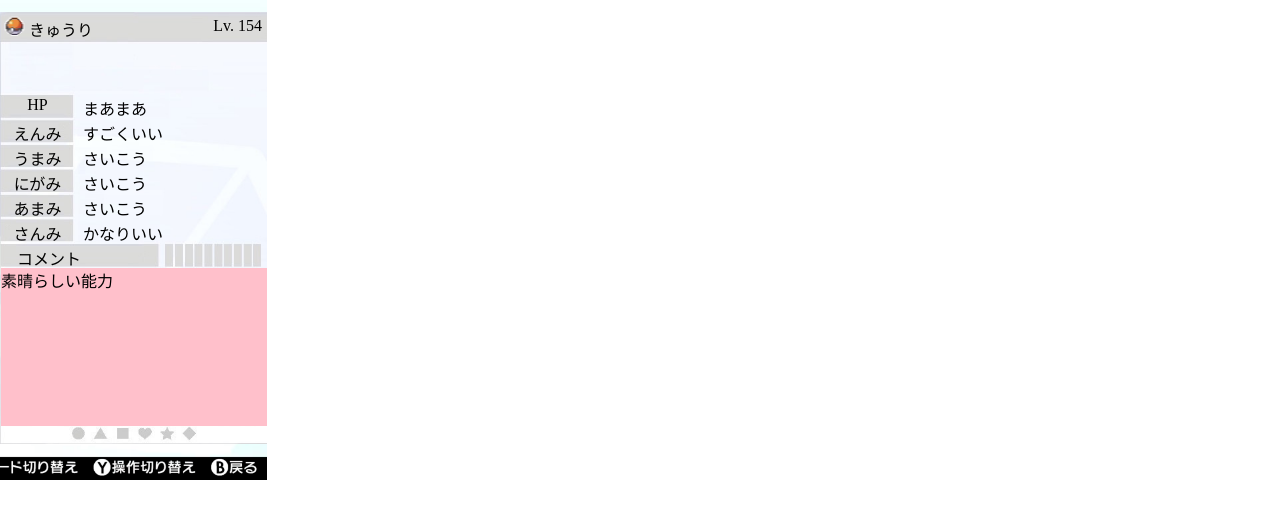
Repository: Hikaru-Ichikawa/POKEMON-FOOD
Page: info-foods/detail-framework.html
The author's editor kept a record of every edit. The page is drawn from the files as they stood at one moment, then again after the next edit.
The browser window is 1280 px wide. The pictures show the whole page.

Above is the page before.

### info-foods/detail-framework.html
<!DOCTYPE html>
<html lang="en">
<head>
    <meta charset="UTF-8">
    <meta name="viewport" content="width=device-width, initial-scale=1.0">
    <meta http-equiv="X-UA-Compatible" content="ie=edge">
    <title>Document</title>
    <link rel='stylesheet' href='../stylesheet.css'>
</head>
<body>
    <div id='detail'>
        <div id='detail-box'>
            <div id='character'>
                <div id='character-name-image'>
                </div>
                <div id='character-name'>
                    きゅうり
                </div>
                <div id='character-lv'>
                    154
                </div>

            </div>
            <div id='detail-contents'>
                <div id='properties'>
                    <div class='property'>
                        <div class='property-title'>
                            HP
                        </div>
                        <div class='property-score'>
                            まあまあ
                        </div>
                    </div>

                    <div class='property'>
                        <div class='property-title'>
                            えんみ
                        </div>
                        <div class='property-score'>
                            すごくいい
                        </div>
                    </div>

                    <div class='property'>
                        <div class='property-title'>
                            うまみ
                        </div>
                        <div class='property-score'>
                            さいこう
                        </div>
                    </div>

                    <div class='property'>
                        <div class='property-title'>
                            にがみ
                        </div>
                        <div class='property-score'>
                            さいこう
                        </div>
                    </div>

                    <div class='property'>
                        <div class='property-title'>
                            あまみ
                        </div>
                        <div class='property-score'>
                            さいこう
                        </div>
                    </div>

                    <div class='property'>
                        <div class='property-title'>
                            さんみ
                        </div>
                        <div class='property-score'>
                            かなりいい
                        </div>
                    </div>
                </div>
                <div class='detail-coment'>
                    <div class='coment-title'>
                        　コメント
                    </div>
                    <div class='coment-article'>
                        素晴らしい能力
                    </div>
                    <div class='coment-marker'>

                    </div>
                </div>
            </div>
        </div>
    </div>

</body>
</html>

### stylesheet.css
body{
    margin:0;
}

/*---------------select.html---------------*/

#select{
    width:600px;
    height:480px;
    background-image:url(pokemon-images/background-select.png);
    background-size:867px 480px;
    background-clip:border-box;
}

/*-------------head-----------------*/

#head1{
    position:absolute;
    display:flex;
    width:213px;
    height:28px;
    left:10px;
    background-color:red;
}

#head2{
    position:absolute;
    display:flex;
    width:213px;
    height:28px;
    left:298px;
    background-color:green;
}


.button-small img{
    box-sizing:border-box;
    margin:0;
    width:28px;
    height:28px;
}

.button-midium img{
    box-sizing: border-box;
    margin:0;
    width:74px;
    height:28px;
}


.button-large img{
    box-sizing:border-box;
    margin:0;
    width:120px;
    height:28px;
}

/*-----------------side------------------*/

#side{
    position:absolute;
    display:flex;
    flex-direction:column;
    width:170px;
    height:400px;
    left:22px;
    top:45px;
}

.side-title{
    margin-bottom: 7px;
    width:170px;
    height:31px;
    background-color:white;
    border-radius:15.5px;
    text-align:center;
    font-size:20px;

}

.side-contents{
    width:170px;
    height:53px;
    background-color:white;
    border-radius:27.5px;
    margin-top:7px;
    display:grid;
    grid-tenplate-rows:26.5px 26.5px;
    grid-tenplate-columns:53px 1fr;
    grid-template-areas:
    'image name'
    'image lv'
}

.side-contents-image{
    grid-area:image;
}

.side-contents-name{
    grid-area:name;

}

.side-contents-lv{
    grid-area:lv;
}

.side-contents-lv::before{
    content:'Lv.';
}

/*-----------main-------------*/

#main{
    position:absolute;
    width:362px;
    height:400px;
    left:219px;
    top:43px;

}

.main-title{
    margin:0 auto 11px 77px;
    width:230px;
    height:31px;
    border-radius:14px;
    background-color:none;

}

.main-title-left img{
    position:absolute;
    width:15px;
    height:15px;
    top:8px;
    left:78px;
}

.main-title-right img{
    position:absolute;
    width:15px;
    height:15px;
    top:8px;
    right:56px;
}

.main-title-center{
    position:absolute;
    width:150px;
    height:20px;
    top:5px;
    left:115px;
    font-size:18px;
    text-align:center;
    background-color:white;

}

.main-boxes{
    box-sizing:border-box;
    margin:0;
    width:362px;
    height:303px;
    display:grid;
    grid-template-columns:60px 60px 60px 60px 60px 60px;

}

.main-boxes-box{
    width:54px;
    height:54px;
    margin:3.5px;

}

.main-boex-box img{
    width:54px;
    height:54px;
}

.main-foot{
    width:327px;
    height:32px;
    margin:23px auto 0 auto;
}

#main-all-view{
    position:absolute;
    left:16px;
    width:158px;
    height:31px;
    background-color:white;
    border-radius:15px;
}

#main-search{
    position:absolute;
    right:16px;
    width:158px;
    height:31px;
    background-color:white;
    border-radius:15px;
}


#foot1{
    position: absolute;
    top:459px;
    width:100%;
    height:20px;
    background-color:black;
}

.foot-img{
    position:absolute;
    left:12px;
}

.foot-text{
    position:absolute;
    left:55px;
    bottom:4px;
}

/*---------------detail.html---------------*/
#detail{
    width:267px;
    height:480px;
    background-image:url(pokemon-images/background-detail.png);
    background-size:267px 480px;
    background-clip:border-box;
}


/*---------------detail-box-------------------*/
#detail-box{
    position:absolute;
    width:267px;
    height:432px;
    top:12px;
    background-image:url(pokemon-images/detail-box.jpeg);
    background-size:267px 432px;
}

/*---------------name---------------*/
#character{
    position:absolute;
    width:267px;
    height:29px;
    top:0;
}

#character-name-image{
    position:absolute;

}

#character-name{
    position: absolute;
    top:5px;
    left:29px;
}

#character-name-image::before{
    content:'';
    display:inline-block;
    width:29px;
    height:29px;
    background-image:url(pokemon-images/poke-ball.png);
    background-size:29px 29px;

}

#character-lv{
    position:absolute;
    top:5px;
    right:5px;
}

#character-lv::before{
    content:'Lv.'
}

/*---------------detail-contents--------------*/
#detail-contents{
    position:absolute;
    width:266px;
    height:404px;
    top:30px;
    left:1px;
}

/*--------------identity----------------*/
#identity .number{
    width:;
}

/*---------------properties-----------------------*/
#properties{
    position:absolute;
    width:266px;
    height:150px;
    top:54px;
}

.property{
    height:25px;
    width:266px;
}

.property-title{
    float:left;
    text-align:center;
    width:73px;
    height:22px;;
}

.property-score{
    float:left;
    width:193px;
    height:22px;
}

.property-score::before{
    content:'';
    display:inline-block;
    width:5px;
}

/*----------------coment------------------------*/

.detail-coment{
    position:absolute;
    bottom:0;
    width:266px;
    height:200px;
}

.coment-title{
    width:266px;
    height:22px;
}

.coment-article{
    width:266px;
    height:158px;
    background-color:pink;
}


.coment-marker{
    width:266px;
    height:20px;

}

/*-------------foot2----------------*/
#foot2{
    position:absolute;
    top:459px;
    width:267px;
    height:20px;
    background-color:black;
}

After the next edit:
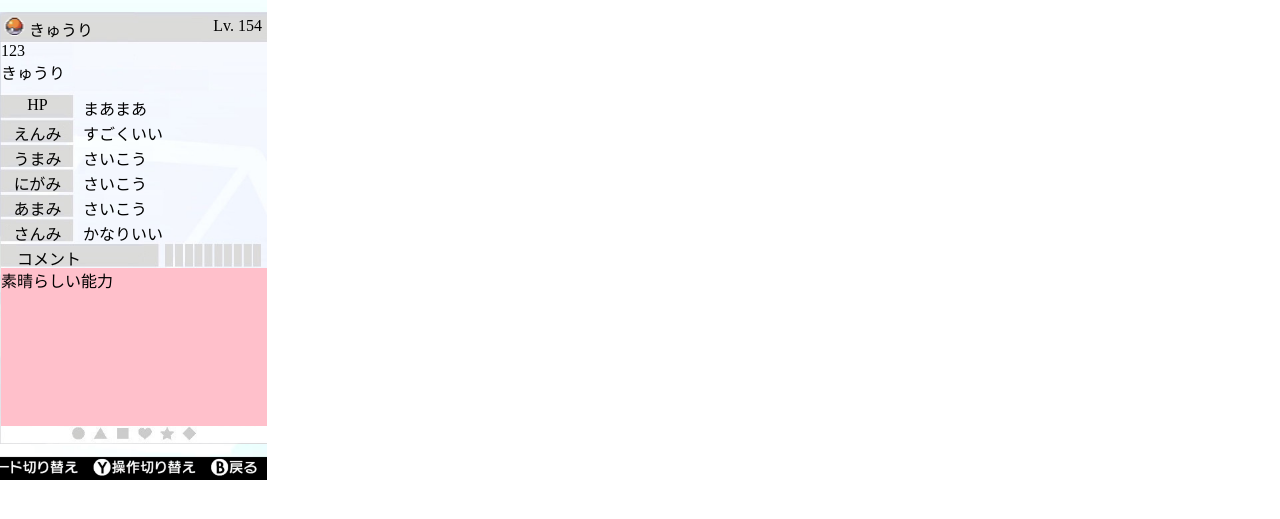
The edit:
--- a/info-foods/detail-framework.html
+++ b/info-foods/detail-framework.html
@@ -22,6 +22,14 @@
 
             </div>
             <div id='detail-contents'>
+                <div id='identity'>
+                    <div class='number'>
+                        123
+                    </div>
+                    <div class='name'>
+                        きゅうり
+                    </div>
+                </div>
                 <div id='properties'>
                     <div class='property'>
                         <div class='property-title'>
